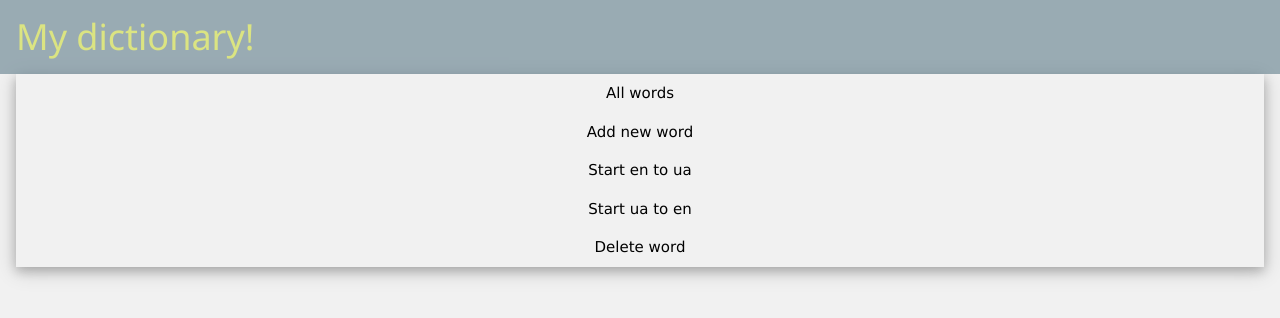
Repository: OleksandrDoskaliukKN313/IIC
Page: WebDictionary/WebContent/index.html
These files come from the project's save history. The page is drawn as it stood at one moment and after the next save; the edit follows.
The browser window is 1280 px wide. The pictures show the whole page.

Above is the page before, as saved 2020-10-12 10:05:33.

After the next save:
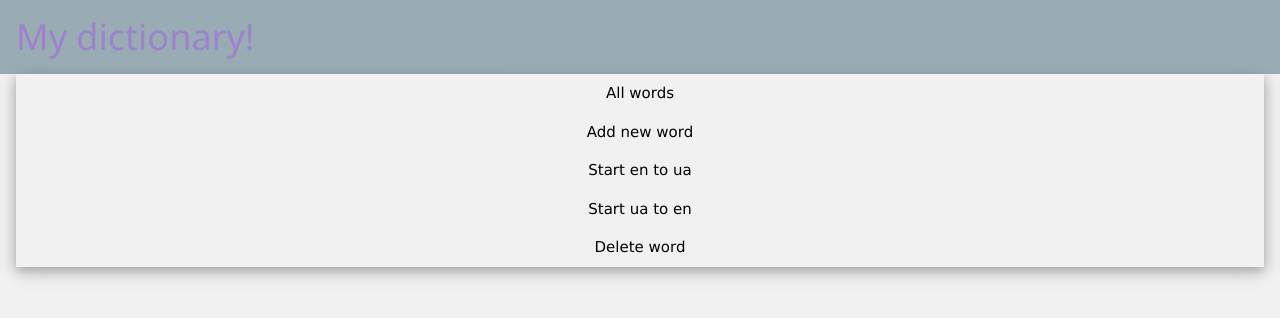
Saved 27 s later.
--- a/WebDictionary/WebContent/index.html
+++ b/WebDictionary/WebContent/index.html
@@ -6,7 +6,7 @@
 <link rel="stylesheet" href="w3.css">
 </head>
 <body class="w3-light-grey">
-<div class="w3-container w3-blue-grey w3-opacity w3-left-align w3-text-lime">
+<div class="w3-container w3-blue-grey w3-opacity w3-left-align w3-text-deep-purple">
         <h1>My dictionary!</h1>
     </div>
     <div class="w3-container w3-center">       <!-- content -->
